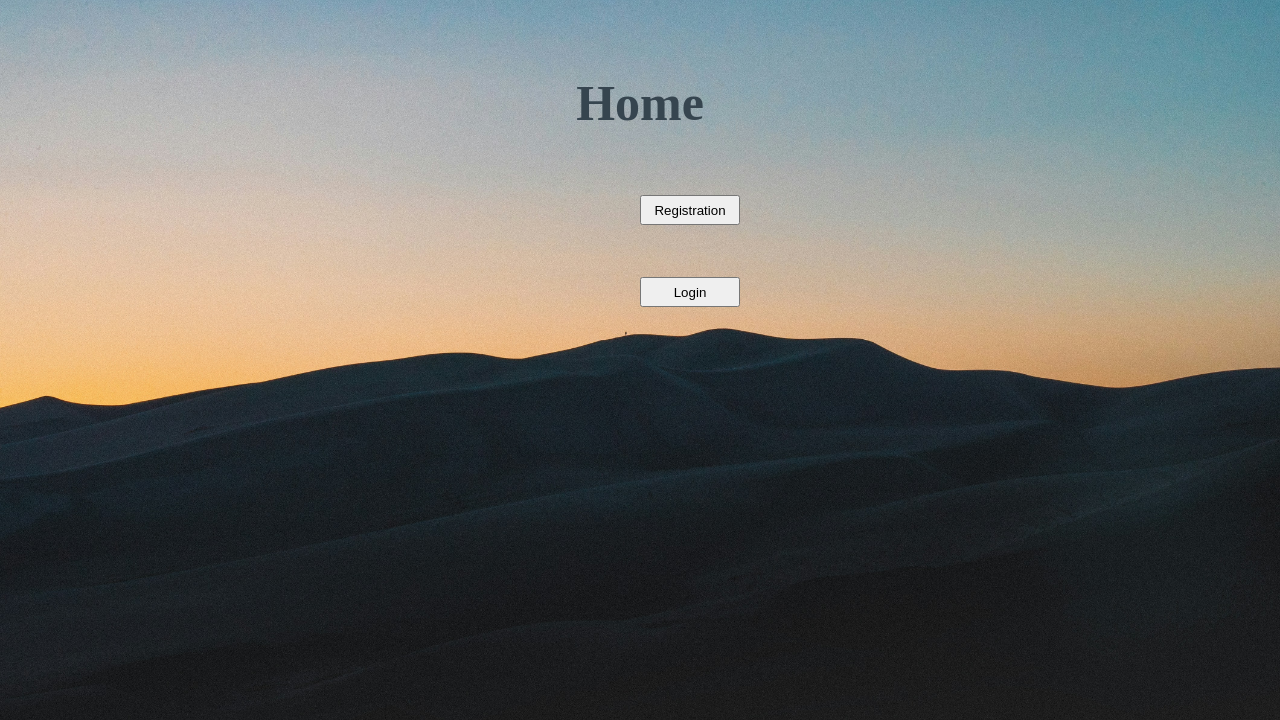
Repository: aboli-vyas/Servlet_Projects
Page: http://localhost/Sevlet_Project/
These files come from the project's save history. The page is drawn as it stood at one moment and after the next save; the edit follows.
The browser window is 1280 px wide. The pictures show the whole page.
The page is served by Tomcat 9.

Above is the page before, as saved 2025-06-09 16:01:52.

After the next save:
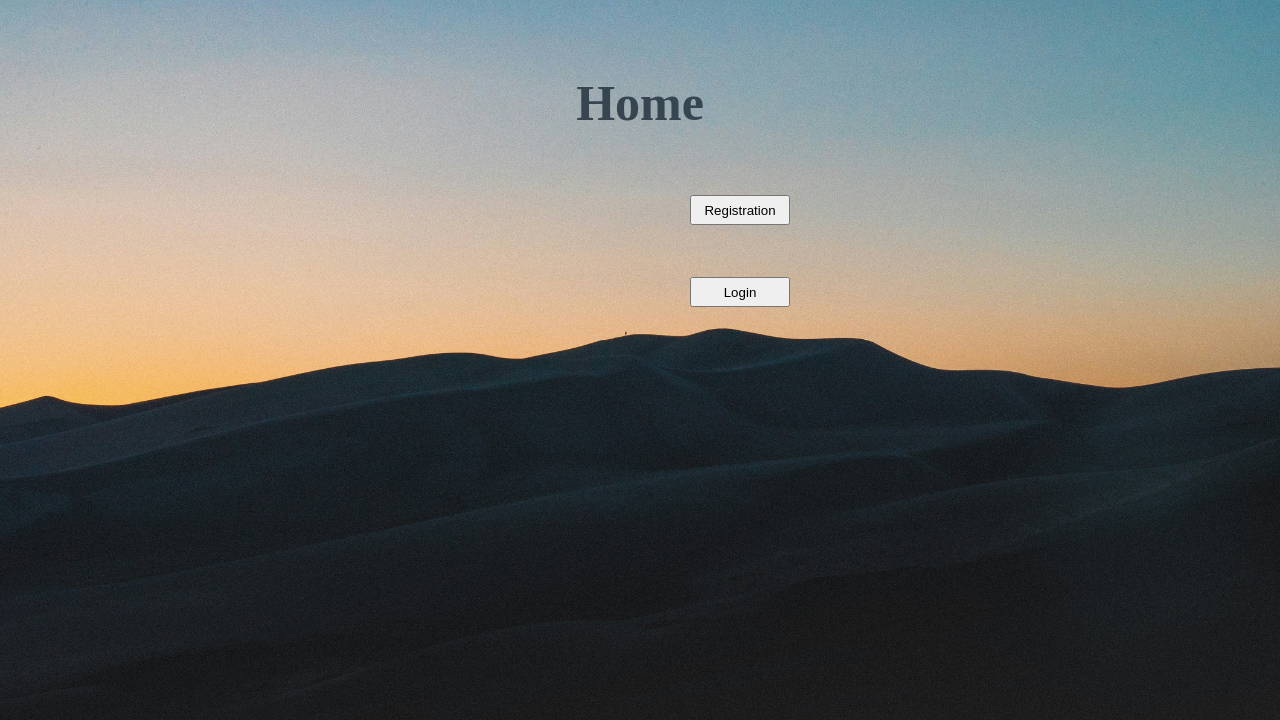
Saved 11 s later.
--- a/Sevlet_Project/src/main/webapp/style3.css
+++ b/Sevlet_Project/src/main/webapp/style3.css
@@ -19,5 +19,5 @@ button{
 	width:100px;
 	height: 30px;
 	margin-top: 30px;
-	margin-left: 600px;
+	margin-left: 650px;
 }
